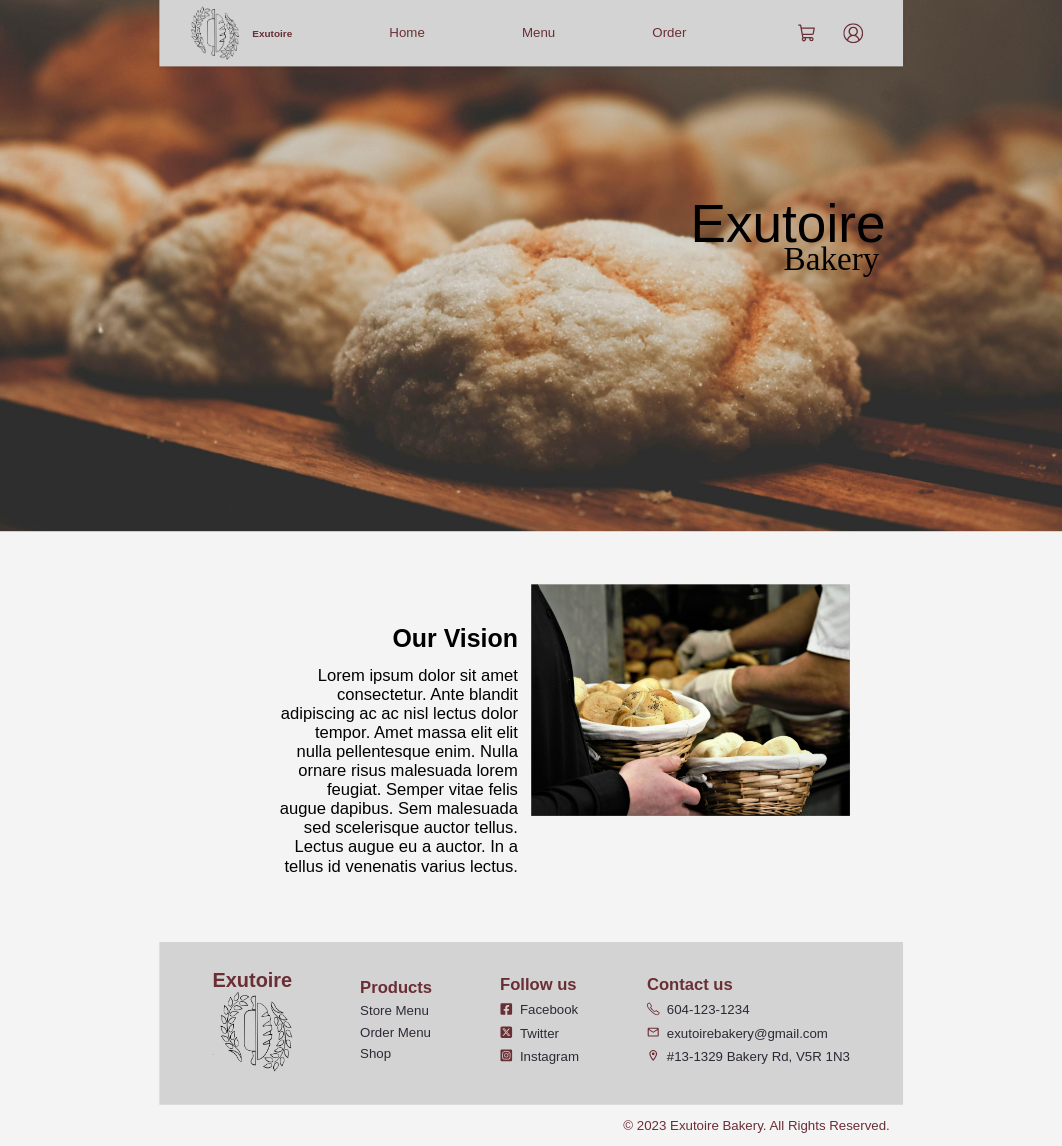
Repository: MelissaJacobi/COMP3170-final-proj
Page: /
These files come from the project's save history. The page is drawn as it stood at one moment and after the next save; the edit follows.
The browser window is 1280 px wide. The pictures show the whole page, at 83% of full size.
The project was rebuilt for these pictures with package versions that can differ from the ones it lists, and the page was loaded fresh each time. Also part of the build but not shown: vite.config.js.

Above is the page before, as saved 2024-10-05 16:54:05.

### src/main.tsx
import { StrictMode } from 'react'
import { createRoot } from 'react-dom/client'
import App from './App.tsx'
import './index.css'

 createRoot(document.getElementById('root')!).render(
   <StrictMode>
     <App />
   </StrictMode>,
 )

### src/App.tsx
import styles from  './App.module.css'
import Header from './components/Header'
import Footer from './components/Footer'
import Carousel from './components/Carousel'
import Vision from './components/Vision'

function App() {

  return (
    <>
      <Carousel></Carousel>
      <div className={styles.appContainer}>
        <Header></Header>
        <div className={styles.filler}></div>
        <Vision></Vision>
        <Footer></Footer>
      </div>
    </>
  )
}

export default App

### src/index.css
* {
  margin: 0;
  padding: 0;
  box-sizing: border-box;
}

body {
  font-family: Arial, sans-serif;
  line-height: 1.6;
  background-color: #f4f4f4;
}

:root {
  --primary-color: lightgrey;
  --secondary-color: lightblue;
  --accent-color: #6A2E35;
  --background-color: white;
  --text-color: #2E2836;
}

### src/App.module.css
.appContainer {
    width: 70%;
    height: 100%;
    margin: auto;
}

.filler {
    height: 35rem;
}

### src/components/Header.tsx
import styles from './Header.module.css'
import logo from "../assets/images/logo.png"
import { PiShoppingCart } from "react-icons/pi";
import { VscAccount } from "react-icons/vsc";

export default function Header() {

  return (
    <>
      <div className={styles.container}>
        <div>
            <img src={logo} alt="Logo" className={styles.logo}/>
            <p className={styles.siteTitle}>Exutoire</p>
        </div>
        <a className={styles.links}>Home</a>
        <a className={styles.links}>Menu</a>
        <a className={styles.links}>Order</a>
        <div>
          <PiShoppingCart className={styles.icon}/>
          <VscAccount className={styles.icon}/>
        </div>
      </div>
    </>
  )
}

### src/components/Footer.tsx
import logo from "../assets/images/logo.png"
import styles from "./Footer.module.css"
import { FaFacebookSquare } from "react-icons/fa";
import { FaSquareXTwitter } from "react-icons/fa6";
import { FaInstagramSquare } from "react-icons/fa";
import { SlPhone } from "react-icons/sl";
import { MdOutlineMailOutline } from "react-icons/md";
import { MdOutlineLocationOn } from "react-icons/md";

export default function Footer() {

  return (
    <>
      <div className={styles.container}>
        <div>
            <p className={styles.siteTitle}>Exutoire</p>
            <img src={logo} alt="Logo" className={styles.logo}/>
        </div>
        <ul>
          <p>Products</p>
          <li>Store Menu</li>
          <li>Order Menu</li>
          <li>Shop</li>
        </ul>
        <ul>
          <p>Follow us</p>
          <li><FaFacebookSquare className={styles.socialIcon}/>Facebook</li>
          <li><FaSquareXTwitter className={styles.socialIcon}/>Twitter</li>
          <li><FaInstagramSquare className={styles.socialIcon}/>Instagram</li>
        </ul>
        <ul>
          <p>Contact us</p>
          <li><SlPhone  className={styles.socialIcon}/>604-123-1234</li>
          <li><MdOutlineMailOutline className={styles.socialIcon}/>exutoirebakery@gmail.com</li>
          <li><MdOutlineLocationOn className={styles.socialIcon}/>#13-1329 Bakery Rd, V5R 1N3</li>
        </ul>
      </div>
      <p className={styles.copywrite}>© 2023 Exutoire Bakery.  All Rights Reserved.</p>
    </>
  )
}

### src/components/Carousel.tsx
import styles from "./Carousel.module.css"
import banner from "../assets/images/banner.jpg"

function Carousel() {

  return (
    <>
        <h1 className={styles.header}>Exutoire</h1>
        <p className={styles.subtitle}>Bakery</p>
        <img src={banner} alt="banner image" className={styles.banner}></img>
    </>
  )
}

export default Carousel

### src/components/Vision.tsx
import styles from  './Vision.module.css'
import VisionImg from "../assets/images/VisionImg.jpg"

function Vision() {

  return (
    <>
        <div className={styles.vision}>
            <div className={styles.visionText}>
                <h2>Our Vision</h2>
                <p>Lorem ipsum dolor sit amet consectetur. Ante blandit adipiscing ac ac nisl lectus dolor tempor. Amet massa elit elit nulla pellentesque enim. Nulla ornare risus malesuada lorem feugiat. Semper vitae felis augue dapibus. Sem malesuada sed scelerisque auctor tellus. Lectus augue eu a auctor. In a tellus id venenatis varius lectus.</p>
            </div>
            <div className={styles.visionPic}>
                <img src={VisionImg} alt="Vision" className={styles.visionImg}/>
            </div>
        </div>
    </>
  )
}

export default Vision

### src/components/Header.module.css
.container {
    background-color: var(--primary-color);
    width: 100%;
    height: 5rem;
    display: flex;
    align-items: center;
    justify-content: space-between;
    padding: 2rem;
    position: sticky;
    top: 0;
    z-index: 1000;
    box-shadow: 0 2px 4px rgba(0, 0, 0, 0.1);
}

.logo {
    height: 4rem;
    width: 4rem;
}

.siteTitle {
    font-size: 12px;
    font-style: normal;
    font-weight: 700;
    line-height: normal;
    margin-left: 1rem;
    color: var(--accent-color)
}

.container div {
    display: flex;
    align-items: center;
}

.links {
    font-size: 16px;
    font-style: normal;
    font-weight: 400;
    line-height: normal;
    color: var(--accent-color)
}

.icon {
    height: 1.5rem;
    width: 1.5rem;
    margin: 1rem;
    color: var(--accent-color)
}

### src/components/Footer.module.css
.container {
    background-color: var(--primary-color);
    height: 100%;
    width: 100%;
    display: flex;
    align-items: center;
    justify-content: space-between;
    padding: 2rem 4rem;
}

.container div{
    text-align: center;
}

.logo {
    width: 6rem;
    height: 6rem;
}

.siteTitle {
    font-size: 24px;
    font-style: normal;
    font-weight: 700;
    line-height: normal;
    color: var(--accent-color)
}

.container ul p {
    color: var(--accent-color);
    font-size: 20px;
    font-style: normal;
    font-weight: 700;
    line-height: normal;
}

.container ul li {
    font-size: 16px;
    font-style: normal;
    font-weight: 400;
    line-height: normal;
    margin: 0.5rem 0rem;
    padding: 0;
    list-style-type: none;
    color: var(--text-color)
}

.socialIcon {
    transform: translateY(0.1rem);
    color: var(--accent-color);
    margin-right: 0.5rem;
}

.copywrite {
    width: 100%;
    text-align: right;
    padding: 1rem;
    font-size: 16px;
    font-style: normal;
    font-weight: 400;
    line-height: normal;
    color: var(--accent-color)
}

### src/components/Carousel.module.css
.banner {
    width: 100%;
    height: 40rem;
    background-color: var(--secondary-color);
    position: absolute;
    object-fit: cover;
}

.header {
    position: absolute;
    top: 50%;
    left: 50%;
    transform: translate(12rem, -8rem);
    z-index: 1000;
    font-size: 64px;
    font-style: normal;
    font-weight: 400;
    line-height: normal;
}

.subtitle {
    color: var(--Black, #000);
    font-family: "Inria Sans";
    font-size: 40px;
    font-style: normal;
    font-weight: 400;
    line-height: normal;
    top: 50%;
    left: 50%;
    transform: translate(19rem, -4.5rem);
    z-index: 999;
    position: absolute;
}

### src/components/Vision.module.css
.vision {
    width: 100%;
    display: flex;
    padding: 4rem;
}

.visionText {
    width: 50%;
    height: 100%;
    padding: 1rem;
}

.visionText h2 {
    font-size: 30px;
    font-style: normal;
    font-weight: 700;
    line-height: normal;
    text-align: right;
    margin: 2rem 0 1rem 0;
}

.vision p {
    text-align: right;
    padding-left: 4rem;
    font-size: 20px;
    font-style: normal;
    font-weight: 300;
    line-height: normal;
}

.visionPic {
    width: 50%;
    height: 100%;
}

.visionImg {
    width: 100%;
}

Loaded but not shown: index.html (common file)

After the next save:
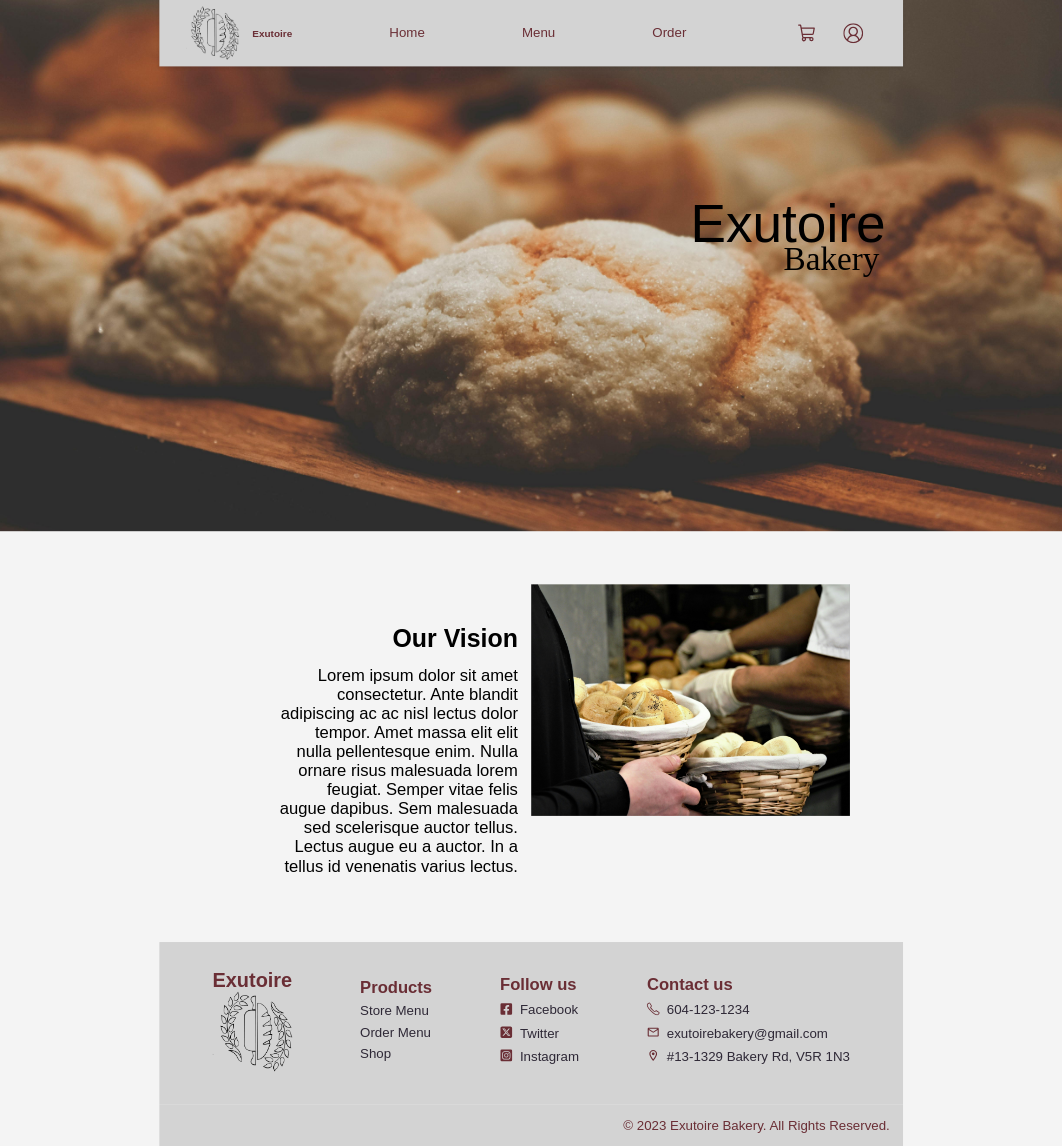
Saved 6 min 30 s later.
--- a/src/components/Footer.module.css
+++ b/src/components/Footer.module.css
@@ -58,5 +58,6 @@
     font-style: normal;
     font-weight: 400;
     line-height: normal;
-    color: var(--accent-color)
+    color: var(--accent-color);
+    background-color: var(--primary-color);
 }
